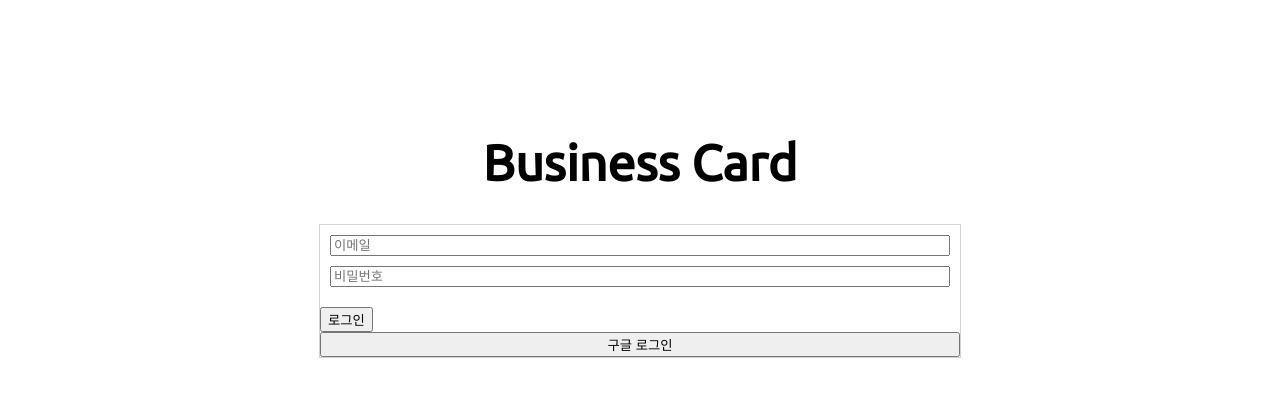
Repository: momo0170/react_businesscard
Page: /login
The author's editor kept a copy of each file at every save. The page is drawn from the files as they stood at one save, then again after the next save.
The browser window is 1280 px wide. The pictures show the whole page.
The page's requests for data from a server got no answer. The project was rebuilt for these pictures with package versions that can differ from the ones it lists, and the page was loaded fresh each time. No one was signed in, and anything a server would have sent is missing.

Above is the page before, as saved 2022-08-10 19:32:52.

### public/index.html
<!DOCTYPE html>
<html lang="en">
  <head>
    <meta charset="utf-8" />
    <link rel="icon" href="%PUBLIC_URL%/favicon.ico" />
    <meta name="viewport" content="width=device-width, initial-scale=1" />
    <meta name="theme-color" content="#000000" />
    <meta
      name="description"
      content="Web site created using create-react-app"
    />
    <link rel="preconnect" href="https://fonts.googleapis.com" />
    <link rel="preconnect" href="https://fonts.gstatic.com" crossorigin />
    <link
      href="https://fonts.googleapis.com/css2?family=Ubuntu:ital,wght@0,400;1,500&display=swap"
      rel="stylesheet"
    />

    <title>App</title>
  </head>
  <body>
    <noscript>You need to enable JavaScript to run this app.</noscript>
    <div id="root"></div>
  </body>
</html>

### src/index.js
import React from 'react';
import ReactDOM from 'react-dom/client';
import './index.css';
import App from './app.jsx';
import './firebase.js';
import { BrowserRouter } from 'react-router-dom';

const root = ReactDOM.createRoot(document.getElementById('root'));
root.render(
  <BrowserRouter>
    <App />
  </BrowserRouter>
);

### src/index.css
body {
  margin: 0;
  font-family: 'Ubuntu', sans-serif;
  -webkit-font-smoothing: antialiased;
  -moz-osx-font-smoothing: grayscale;
}

code {
  font-family: source-code-pro, Menlo, Monaco, Consolas, 'Courier New',
    monospace;
}

### src/app.jsx
import React, { useState } from 'react';
import { Routes, Route } from 'react-router-dom';
import { auth, app } from './firebase';
import {
  GoogleAuthProvider,
  signInWithPopup,
  createUserWithEmailAndPassword,
  onAuthStateChanged,
  signInWithEmailAndPassword,
  signOut,
} from 'firebase/auth';
import Login from './components/login';

// createUserWithEmailAndPassword : 회원가입
// signInWithEmailAndPassword : 로그인
// signOut : 로그아웃
// sendEmailVerifiacation : 회원가입한 이메일 유호 확인
// updateEmail : 회원가입한 아이디 이메일 변경
// updatePassword : 회원가입한 아이디 패스워드 변경
// sendPasswordResetEmail : 회원가입한 비빌먼호 재설정
// delete : 회원가입한 아이디 삭제
// reauthenticate : 아이디 재인증
// onAuthStateChanged : 사용자의 로그인 상태 변경 감시

function App() {
  const [registerEmail, setRegisterEmail] = useState('');
  const [registerPassword, setRegisterPassword] = useState('');
  const [loginEmail, setLoginEmail] = useState('');
  const [loginPassword, setLoginPassword] = useState('');
  const [googleUserData, setGoogleUserData] = useState(null);
  const [emailUserData, setEmailUserData] = useState(null);

  // 회원가입
  const register = () => {
    createUserWithEmailAndPassword(auth, registerEmail, registerPassword)
      .then((userCredential) => {
        // Signed in
        var registerUser = userCredential.user;
        console.log(registerUser);
      })
      .catch((error) => {
        var errorCode = error.code;
        var errorMessage = error.message;
        console.log(errorCode);
        console.log(errorMessage);
        // ..
      });
  };

  // 이메일 로그인
  const emailLogin = () => {
    signInWithEmailAndPassword(auth, loginEmail, loginPassword)
      .then((userCredential) => {
        const user = userCredential.user;
        setEmailUserData(user);
        console.log(user);
      })
      .catch((error) => {
        const errorCode = error.code;
        const errorMessage = error.message;
        console.log(errorCode);
        console.log(errorMessage);
      });
  };

  // 구글 로그인
  const googleLogin = () => {
    const provider = new GoogleAuthProvider(); // provider를 구글로 설정
    signInWithPopup(auth, provider) // popup을 이용한 signup
      .then((data) => {
        setGoogleUserData(data.user); // user data 설정
        console.log(data); // console로 들어온 데이터 표시
      })
      .catch((err) => {
        console.log(err);
      });
  };

  return (
    <Routes>
      <Route path="/">
        <Route
          path="login"
          element={
            <Login
              googleLogin={googleLogin}
              register={register}
              emailLogin={emailLogin}
              googleUserData={googleUserData}
              setGoogleUserData={setGoogleUserData}
              emailUserData={emailUserData}
              setEmailUserData={setEmailUserData}
              setLoginEmail={setLoginEmail}
              setLoginPassword={setLoginPassword}
            />
          }
        />
      </Route>
      {/* <Route path="/main" element={<Main />} /> */}
    </Routes>
  );
}

export default App;

### src/firebase.js
import { initializeApp } from 'firebase/app';
import { getAuth } from 'firebase/auth';

const firebaseConfig = {
  apiKey: process.env.REACT_APP_API_KEY,
  authDomain: process.env.REACT_APP_AUTH_DOMAIN,
  projectId: process.env.REACT_APP_PROJECT_ID,
  storageBucket: process.env.REACT_APP_STORAGE_BUCKET,
  messagingSenderId: process.env.REACT_APP_MESSAGING_ID,
  appId: process.env.REACT_APP_APP_ID,
};
const app = initializeApp(firebaseConfig);
const auth = getAuth(app);

export { app, auth };

### src/components/login.jsx
import React from 'react';
import styles from '../css/login.module.css';

function Login({
  googleLogin,
  googleUserData,
  register,
  emailLogin,
  setGoogleUserData,
  emailUserData,
  setEmailUserData,
  setLoginEmail,
  setLoginPassword,
}) {
  return (
    <>
      <h1 className={styles.title}>Business Card</h1>
      <div className={styles.container}>
        <div className={styles.input}>
          <input
            placeholder="이메일"
            className={styles.id}
            onChange={(e) => {
              setLoginEmail(e.target.value);
            }}
          />
          <input
            placeholder="비밀번호"
            className={styles.password}
            onChange={(e) => {
              setLoginPassword(e.target.value);
            }}
          />
        </div>
        <div className={styles.login}>
          {/* 구글 로그인 */}
          <div>
            <button onClick={googleLogin}>로그인</button>
          </div>

          {/* 이메일 로그인 */}

          <button onClick={emailLogin}>구글 로그인</button>
        </div>
      </div>
    </>
  );
}

export default Login;

### src/css/login.module.css
@value normalBlue from '../common/colors.css';
@value lightGrey from '../common/colors.css';

.title {
  text-align: center;
  padding-top: 100px;
  font-size: 50px;
  color: normalBlue;
}

.container {
  display: flex;
  flex-direction: column;
  width: 50vw;
  border: 1px solid lightGrey;
  margin: 0 auto;
}

.input {
  display: flex;
  flex-direction: column;
  margin: 10px 10px;
}

.idk,
.password {
  margin: 10px 0;
}

.login {
  display: flex;
  flex-direction: column;
}

After the next save:
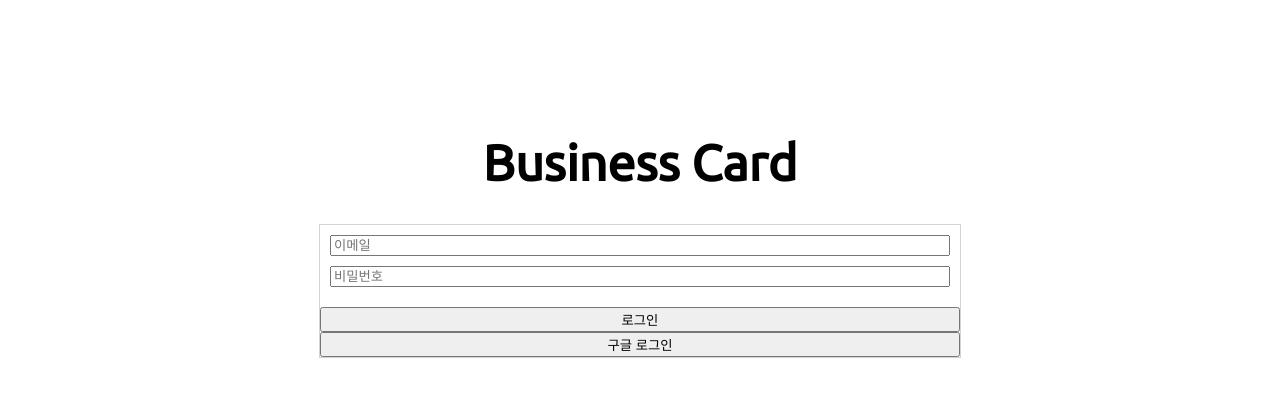
Saved 11 s later.
--- a/src/components/login.jsx
+++ b/src/components/login.jsx
@@ -34,12 +34,10 @@ function Login({
         </div>
         <div className={styles.login}>
           {/* 구글 로그인 */}
-          <div>
-            <button onClick={googleLogin}>로그인</button>
-          </div>
+
+          <button onClick={googleLogin}>로그인</button>
 
           {/* 이메일 로그인 */}
-
           <button onClick={emailLogin}>구글 로그인</button>
         </div>
       </div>
